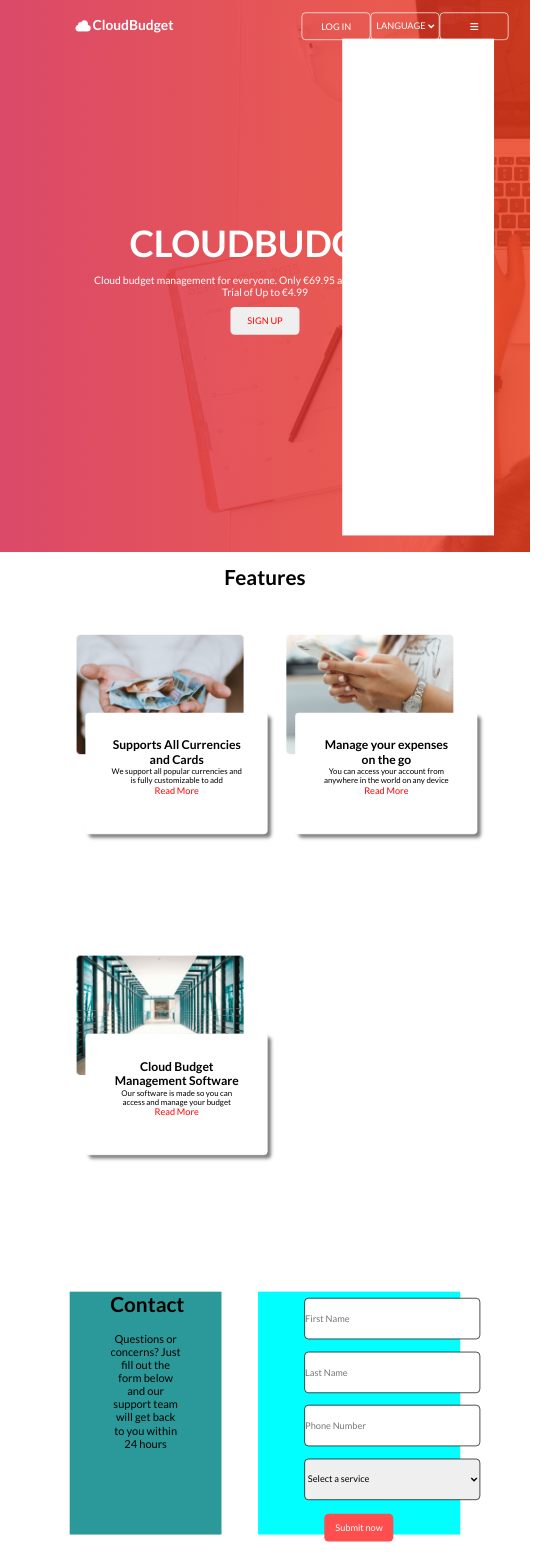
Repository: havvanurrana/website3
Page: index.html
The author's editor kept a copy of each file at every save. The page is drawn from the files as they stood at one save, then again after the next save.
The browser window is 768 px wide. The page is 791 px wide, so the pictures cover 791 px, including what lies to the right of the window. The pictures show the whole page, at 69% of full size.

Above is the page before, as saved 2024-08-05 19:31:48.

After the next save:
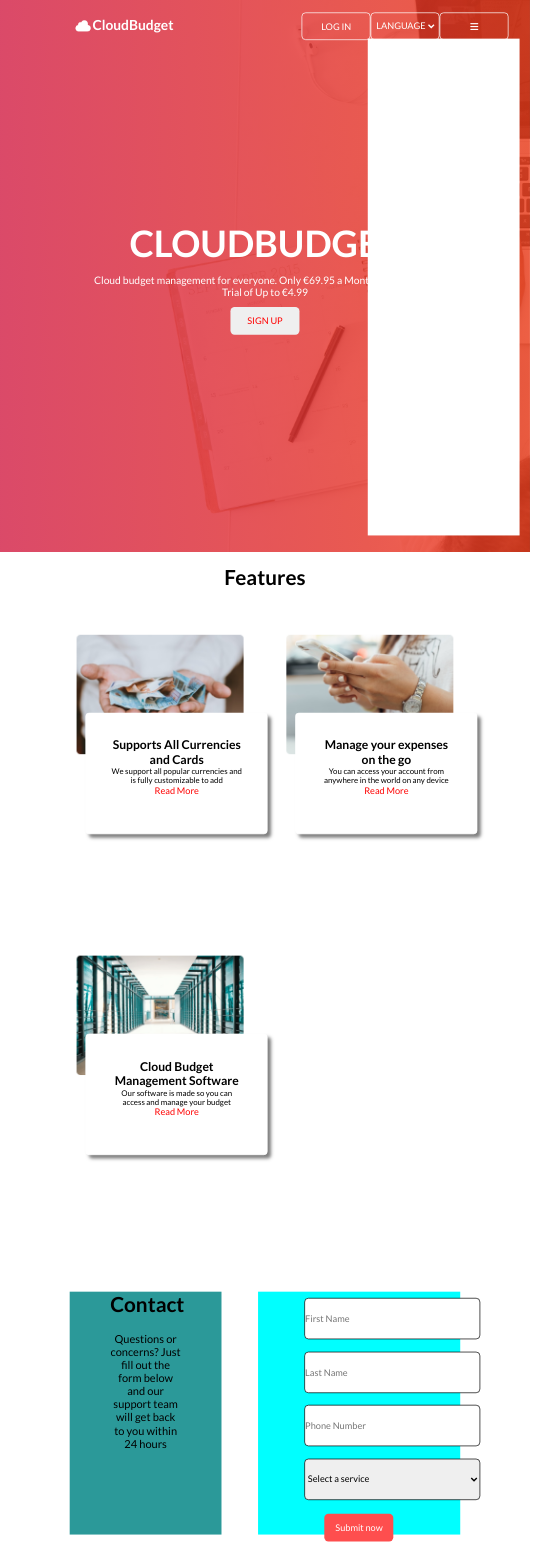
Saved 24 s later.
--- a/style.css
+++ b/style.css
@@ -272,7 +272,7 @@ input{
    .header-menu .navbar{
       position: absolute;
       top: 95%;
-      left: 60%;
+      left: 65%;
       background-color: white;
       height: calc(100vh - 9rem);
       width: 25rem;
